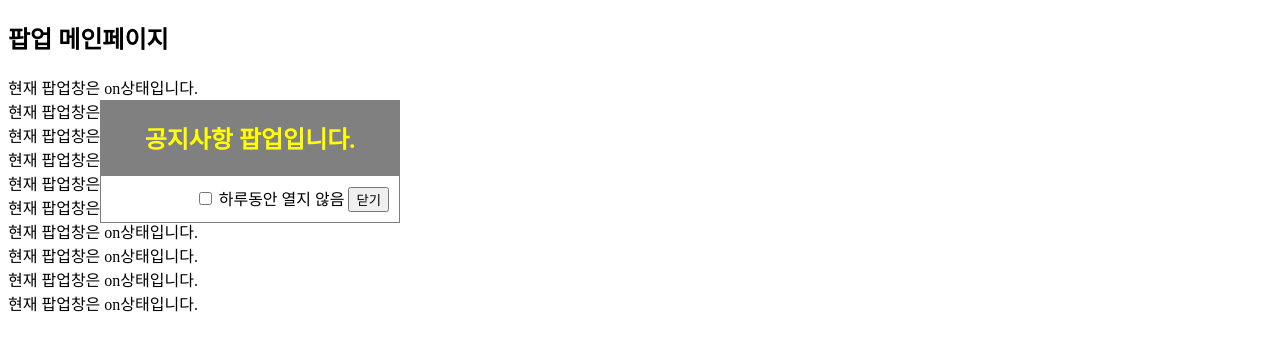
Repository: bhj305/JSP_Servlet
Page: http://localhost/MustHaveJSP/04Cookie/PopupMain_0.1.jsp
The author's editor kept a copy of each file at every save. The page is drawn from the files as they stood at one save, then again after the next save.
The browser window is 1280 px wide. The pictures show the whole page.
The page is served by Tomcat 10.

Above is the page before, as saved 2025-05-07 05:53:56.

After the next save:
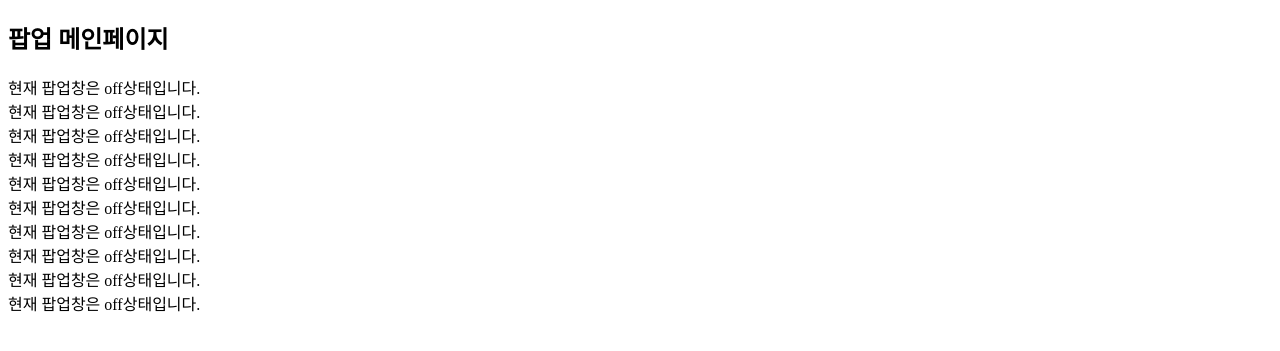
Saved 2 min 34 s later.
--- a/MustHaveJSP/src/main/webapp/04Cookie/PopupMain_0.1.jsp
+++ b/MustHaveJSP/src/main/webapp/04Cookie/PopupMain_0.1.jsp
@@ -2,7 +2,7 @@
     pageEncoding="UTF-8"%>
 
 <%
-String popupMode = "on";
+String popupMode = "off";
 %>
 
 <!DOCTYPE html>

After the save that followed:
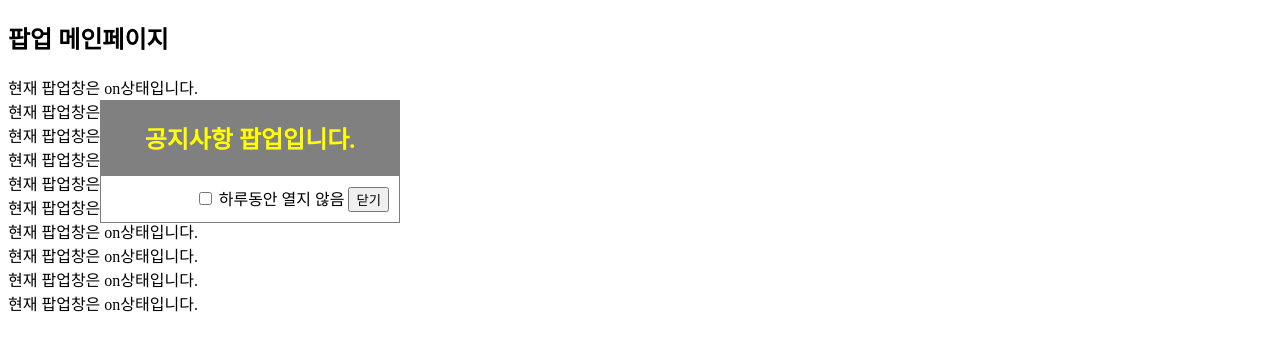
Saved 5 s later.
--- a/MustHaveJSP/src/main/webapp/04Cookie/PopupMain_0.1.jsp
+++ b/MustHaveJSP/src/main/webapp/04Cookie/PopupMain_0.1.jsp
@@ -2,7 +2,7 @@
     pageEncoding="UTF-8"%>
 
 <%
-String popupMode = "off";
+String popupMode = "on";
 %>
 
 <!DOCTYPE html>
